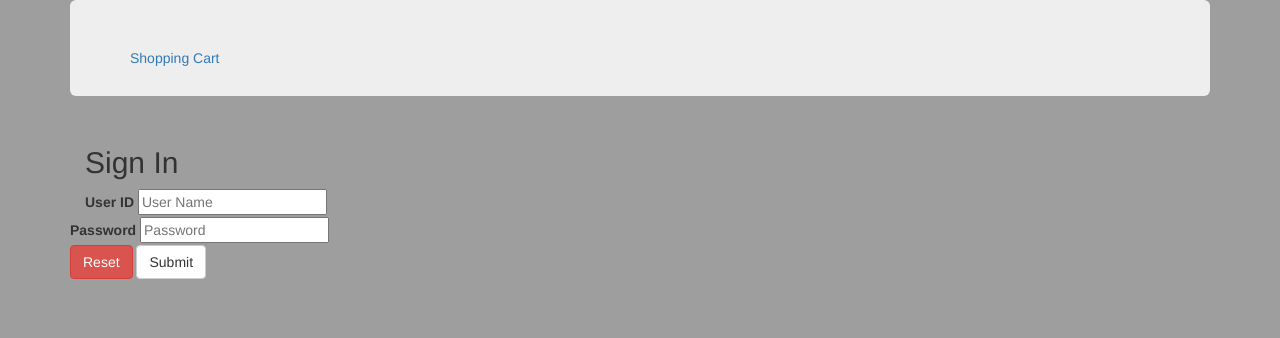
Repository: AravindMarshall/ShoppingCart
Page: http://localhost/Phineas/Login.jsp
The author's editor kept a copy of each file at every save. The page is drawn from the files as they stood at one save, then again after the next save.
The browser window is 1280 px wide. The pictures show the whole page.
The page is served by Tomcat 9.

Above is the page before, as saved 2016-06-09 20:31:05.

After the next save:
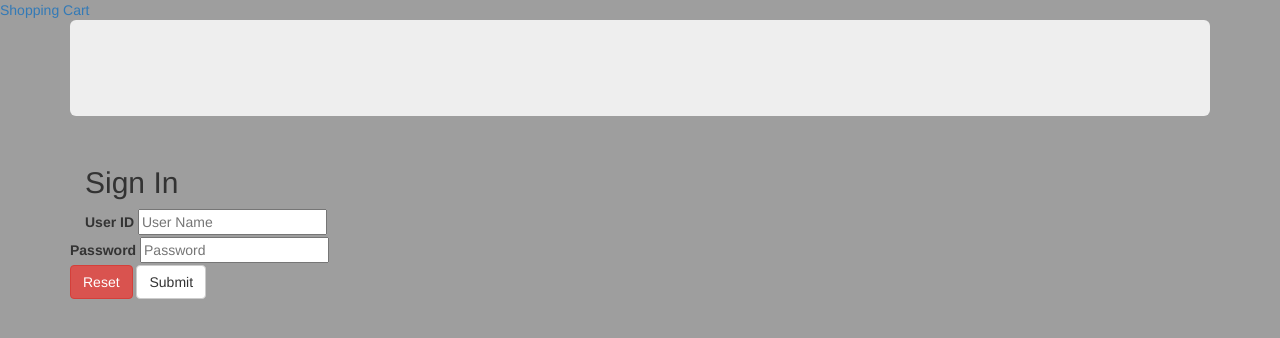
Saved 24 s later.
--- a/NIIT Shopping Cart/Phineas/WebContent/Login.jsp
+++ b/NIIT Shopping Cart/Phineas/WebContent/Login.jsp
@@ -11,14 +11,14 @@
 <title>ShoppingCart Login</title>
 </head>
 <body>
+ <a href="home.jsp">Shopping Cart</a>
 
 <form role="form">
 <div class="container">
 <div class="jumbotron">
     <div class="navbar-header">
 <body background="F:\Sample Car pictures\Background Car.jpg">
-       <a href="home.jsp">Shopping Cart</a>
-     </div>
+      </div>
     </div>
 
 <div class= "Login">
